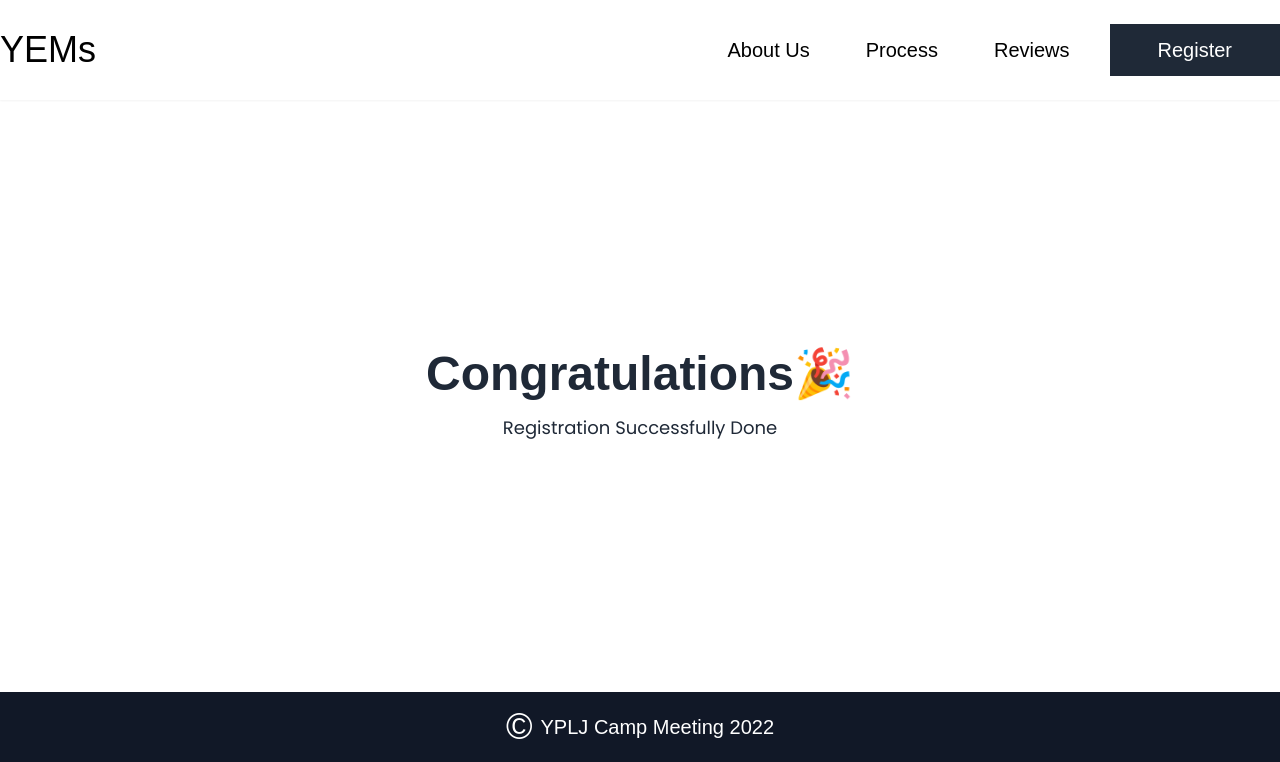
Repository: Ifenna-Pascal/user-camp-onboarding
Page: /dashboard
An editor plug-in stored every save of this project. The page is shown before and after the next save, followed by the edit.
The browser window is 1280 px wide. The pictures show the whole page.
Some web fonts or font styles are not loaded; a fallback is used. The project was rebuilt for these pictures with package versions that can differ from the ones it lists, and the page was loaded fresh each time. The framework's server and built-in components were replaced by stand-ins that run in the browser. Also part of the build but not shown: next.config.js.

Above is the page before, as saved 2022-11-27 08:03:44.

### pages/_app.js
import Mainlayout from "../components/layout";
import "../styles/globals.css";
import "remixicon/fonts/remixicon.css";

function MyApp({ Component, pageProps }) {
  return (
    <Mainlayout>
      <Component {...pageProps} />
    </Mainlayout>
  );
}

export default MyApp;

### pages/dashboard.jsx
import React from "react";

function Dashboard() {
  return (
    <div className="min-h-[80vh] flex  flex-col items-center justify-center">
      <h1 className="text-gray-800 text-center lg:text-left text-2xl lg:text-5xl font-semibold font-sono block ">
        Congratulations🎉
      </h1>
      <p className="block text-base  lg:text-lg text-center font-poppins text-gray-800 leading-[30px] py-2 lg:py-4">
        Registration Successfully Done
      </p>
    </div>
  );
}

export default Dashboard;

### components/layout/index.jsx
import React from "react";
import Footer from "./Footer";
import Nav from "./Nav";

function Mainlayout({ children }) {
  return (
    <div className="relative">
      <Nav />
      <main>{children}</main>
      <Footer />
    </div>
  );
}

export default Mainlayout;

### styles/globals.css
@import url('https://fonts.googleapis.com/css2?family=Poppins&family=Sono:wght@400;500&display=swap');
@import url('https://fonts.googleapis.com/css2?family=Montserrat&family=Source+Sans+Pro&display=swap');

* {
  padding: 0;
  margin: 0;
  box-sizing: border-box;
  scroll-behavior: smooth;
}

html,
body {
  padding: 0;
  margin: 0;
  font-family: -apple-system, BlinkMacSystemFont, Segoe UI, Roboto, Oxygen,
    Ubuntu, Cantarell, Fira Sans, Droid Sans, Helvetica Neue, sans-serif;
}

a {
  color: inherit;
  text-decoration: none;
}

* {
  box-sizing: border-box;
}

@media (prefers-color-scheme: dark) {
  html {
    color-scheme: dark;
  }
  body {
    color: white;
    background: black;
  }
}

@tailwind base;
@tailwind components;
@tailwind utilities;

### components/layout/Footer.jsx
import React from "react";

function Footer() {
  return (
    <div className="bg-gray-900 w-full h-[70px]  flex items-center justify-center">
      <p className="text-center flex items-center text-white font-sono text-xl">
        {" "}
        <span className="text-4xl mr-2">&copy;</span> YPLJ Camp Meeting 2022{" "}
      </p>
    </div>
  );
}

export default Footer;

### components/layout/Nav.jsx
import Link from "next/link";
import { useRouter } from "next/router";
import React, { useState } from "react";
import Button from "../general/Button";
import NavLink from "../general/NavLink";

function Nav() {
  const [show, setShow] = useState(false);
  const router = useRouter();
  const toggle = () => {
    setShow(!show);
  };
  return (
    <div className="lg:sticky  top-0 w-full shadow-sm mb-4 z-50 px-6 lg:px-0 bg-white">
      <nav className="w-full lg:py-6 py-5 flex items-center  lg:max-w-[1450px] lg:mx-auto justify-between">
        <Link href="/">
          {" "}
          <h1 className="font-sono text-2xl lg:text-4xl ">YEMs</h1>
        </Link>
        <ul className="lg:flex items-center hidden justify-between">
          <NavLink href="/#home" name="About Us" />
          <NavLink href="/#process" name="Process" />
          <NavLink href="/#reviews" name="Reviews" />
          <Link href="/register">
            <Button text="Register" />
          </Link>
        </ul>
        <button
          className='block md:hidden className="w-full px-2 py-1 rounded-lg text-AP-grey-200 hover:text-AP-blue-200 border-AP-grey-200 hover:border-AP-blue-400'
          onClick={toggle}
        >
          <i
            className={`${
              !show ? "ri-menu-3-fill duration-500" : "ri-close-line"
            } text-2xl text-gray-800`}
          />
        </button>
      </nav>
      <div
        className={`flex lg:hidden ${
          show
            ? "flex duration-500  flex-col items-center space-y-8 pt-2 "
            : "hidden"
        }`}
      >
        <NavLink href="/#home" name="About Us" />
        <NavLink href="/#process" name="Process" />
        <NavLink href="/#reviews" name="Reviews" />
        {/* {router.pathname !== "/register" && (
          <Link href="/register">
            <Button text="Register" onClick={() => setShow(false)} />
          </Link>
        )} */}
      </div>
    </div>
  );
}

export default Nav;

### components/general/Button.jsx
import React from "react";

function Button({ text, ...rest }) {
  return (
    <button
      className="bg-gray-800 px-12 py-3 hover:bg-white hover:text-black hover:border hover:border-black duration-500 hover:ease-in-out text-white font-sono text-xl"
      {...rest}
    >
      {text}
    </button>
  );
}

export default Button;

### components/general/NavLink.jsx
import Link from "next/link";
import React from "react";

function NavLink({ href, name }) {
  return (
    <Link href={href}>
      <span className="text-black px-4 text-xl font-sono mr-6 font-500">
        {name}
      </span>
    </Link>
  );
}

export default NavLink;

### tailwind.config.js
/** @type {import('tailwindcss').Config} */
module.exports = {
  content: [
    "./pages/**/*.{js,ts,jsx,tsx}",
    "./components/**/*.{js,ts,jsx,tsx}",
  ],

  theme: {
    extend: {
      fontFamily: {
        sono: ["Sono", "sans-serif"],
        poppins: ["Poppins", "sans-serif"],
        montserat: ["Montserrat", "sans-serif"],
      },
    },
  },
  plugins: [],
};

After the next save:
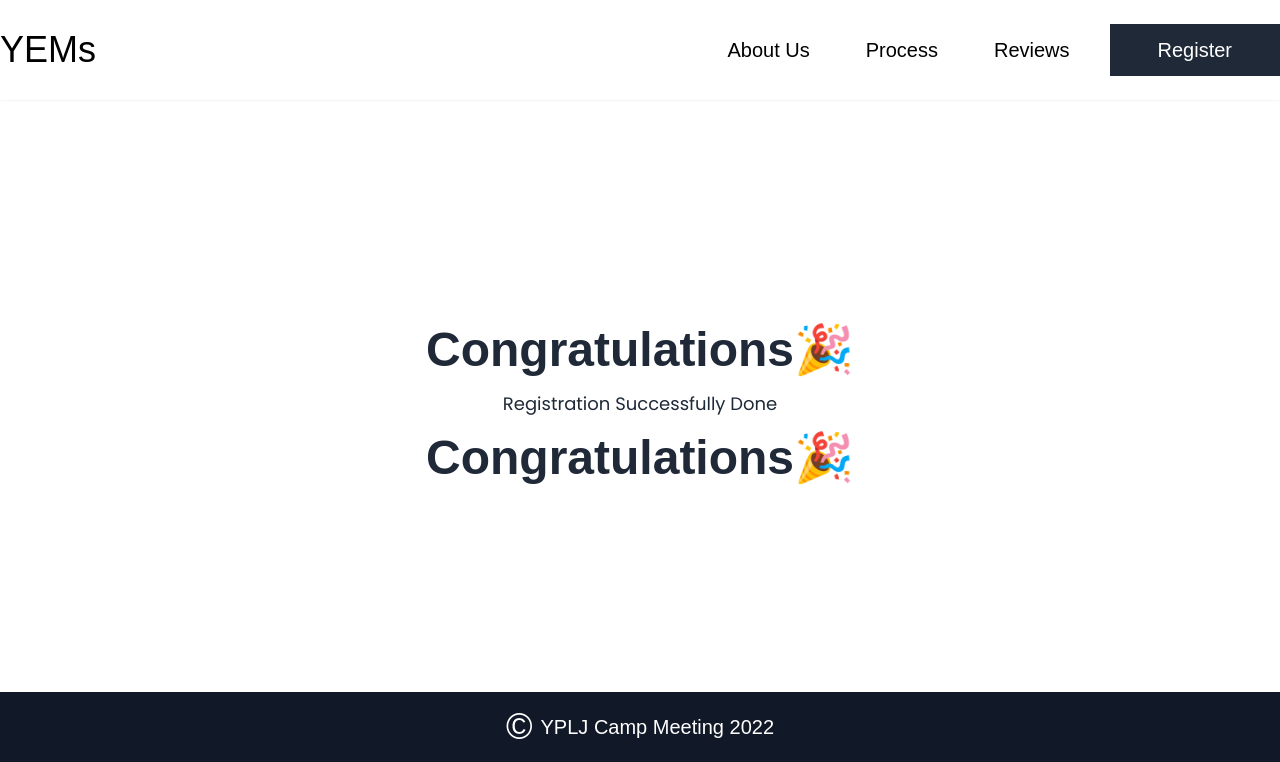
Saved 4 min 46 s later.
--- a/pages/dashboard.jsx
+++ b/pages/dashboard.jsx
@@ -9,6 +9,11 @@ function Dashboard() {
       <p className="block text-base  lg:text-lg text-center font-poppins text-gray-800 leading-[30px] py-2 lg:py-4">
         Registration Successfully Done
       </p>
+      <div>
+        <h1 className="text-gray-800 text-center lg:text-left text-2xl lg:text-5xl font-semibold font-sono block ">
+          Congratulations🎉
+        </h1>
+      </div>
     </div>
   );
 }
